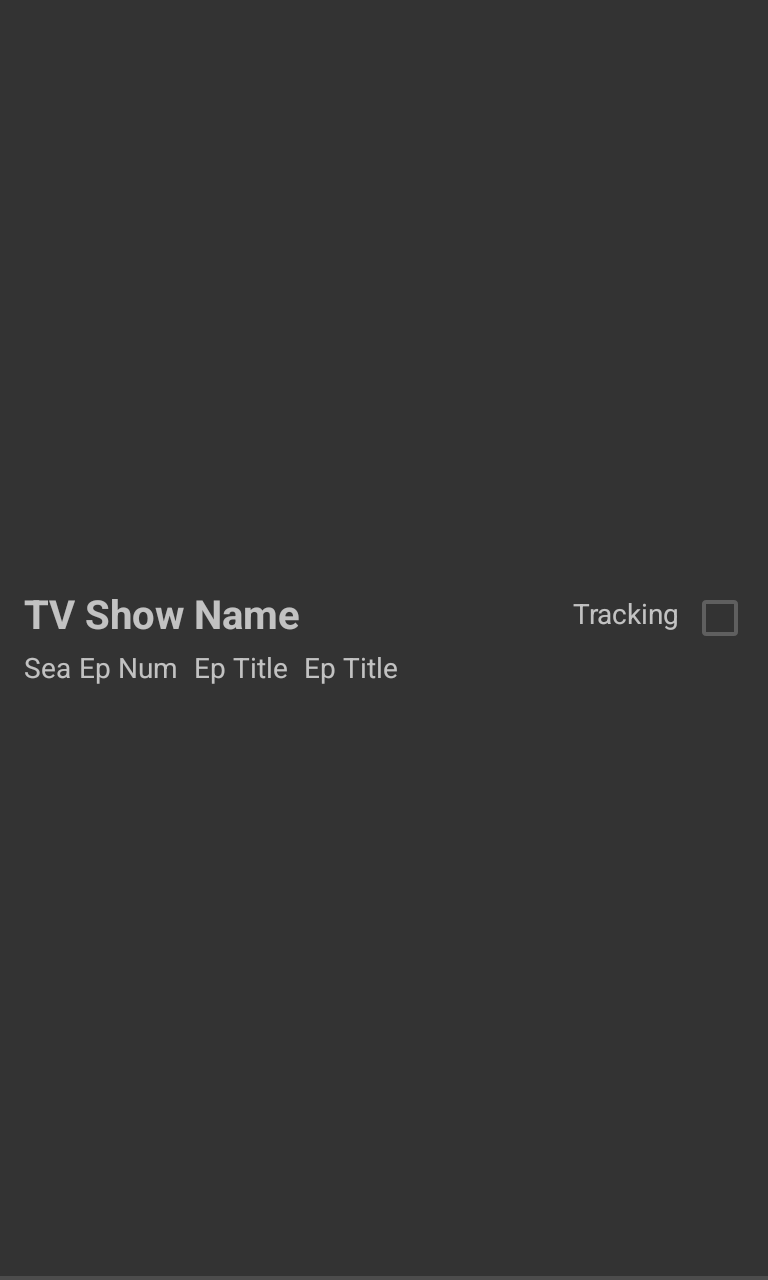
Repository: Jeedan/learning-android-apps
Layout: TvShowTracker/res/layout/list_item_tvshow.xml
These files come from the project's save history. The layout is drawn as it stood at one moment and after the next save; the edit follows.
It is drawn on a 768 x 1280 px phone screen (xhdpi) without system bars, with theme AppTheme; the app's code is not run. The app's manifest (not shown) leaves right-to-left support off. So textAlignment, textDirection and layoutDirection are ignored, and left and right values win over start and end ones.

Above is the layout before, as saved 2014-11-02 09:04:01.

### TvShowTracker/res/layout/list_item_tvshow.xml
<?xml version="1.0" encoding="utf-8"?>
<RelativeLayout xmlns:android="http://schemas.android.com/apk/res/android"
    android:layout_width="match_parent"
    android:layout_height="wrap_content"
    android:paddingBottom="4dp"
    style="?android:listSeparatorTextViewStyle" >

    <TextView
        android:id="@+id/tv_show_name_text_view"
        android:layout_width="match_parent"
        android:layout_height="wrap_content"
        android:paddingLeft="4dp"
        android:paddingRight="4dp"
        android:text="@string/tv_show_name"
        android:textSize="20sp"
        android:textStyle="bold" />

    <CheckBox
        android:id="@+id/tracked_tv_show_check_box"
        android:layout_width="wrap_content"
        android:layout_height="wrap_content"
        android:layout_alignParentEnd="true"
        android:layout_alignParentRight="true"
        android:enabled="false"
        android:focusable="false"
        android:padding="4dp" />

    <TextView
        android:id="@+id/tracking_text_View"
        android:layout_width="wrap_content"
        android:layout_height="wrap_content"
        android:layout_toLeftOf="@id/tracked_tv_show_check_box"
        android:layout_toStartOf="@id/tracked_tv_show_check_box"
        android:paddingLeft="4dp"
        android:paddingRight="4dp"
        android:paddingTop="4dp"
        android:text="@string/tracking_text_check_box" />

    <TextView
        android:id="@+id/tv_show_season_text_view"
        android:layout_width="wrap_content"
        android:layout_height="wrap_content"
        android:layout_below="@id/tv_show_name_text_view"
        android:paddingLeft="4dp"
        android:paddingTop="4dp"
        android:text="@string/tv_show_season" />

    <TextView
        android:id="@+id/tv_show_episode_number_text_view"
        android:layout_width="wrap_content"
        android:layout_height="wrap_content"
        android:layout_below="@id/tv_show_name_text_view"
        android:layout_toEndOf="@id/tv_show_season_text_view"
        android:layout_toRightOf="@id/tv_show_season_text_view"
        android:paddingLeft="4dp"
        android:paddingRight="4dp"
        android:paddingTop="4dp"
        android:text="@string/tv_show_episode_number" />

    <TextView
        android:id="@+id/tv_show_episode_text_view"
        android:layout_width="wrap_content"
        android:layout_height="wrap_content"
        android:layout_below="@id/tv_show_name_text_view"
        android:layout_toEndOf="@id/tv_show_episode_number_text_view"
        android:layout_toRightOf="@id/tv_show_episode_number_text_view"
        android:paddingLeft="4dp"
        android:paddingRight="4dp"
        android:paddingTop="4dp"
        android:text="@string/tv_show_episode_title" />

    <TextView
        android:id="@+id/show_release_date"
        android:layout_width="wrap_content"
        android:layout_height="wrap_content"
        android:layout_below="@id/tv_show_name_text_view"
        android:layout_toEndOf="@id/tv_show_episode_text_view"
        android:layout_toRightOf="@id/tv_show_episode_text_view"
        android:paddingLeft="4dp"
        android:paddingRight="4dp"
        android:paddingTop="4dp"
        android:text="@string/tv_show_episode_title" />

</RelativeLayout>

### TvShowTracker/res/values-v21/styles.xml
<resources>

    <!--
        Base application theme for API 14+. This theme completely replaces
        AppBaseTheme from BOTH res/values/styles.xml and
        res/values-v11/styles.xml on API 14+ devices.
    -->
    <style name="AppBaseTheme" parent="@android:style/Theme.Material">
        <!-- API 21 theme customizations can go here. -->
     	<!-- Main theme colors -->
	    <!--   your app branding color for the app bar (Action bar_)-->
	    <item name="android:colorPrimary">@color/primary</item>
	    <!--   darker variant for the status bar and contextual app bars -->
	    <item name="android:colorPrimaryDark">@color/primary_dark</item>
	    <!--   theme UI controls like checkboxes and text fields -->
	    <item name="android:colorAccent">@color/accent</item>
	    <!--   winow background -->
	    <item name="android:windowBackground">@color/windowBackground</item>
	    <!--   Text but don't know if it is for all texts -->
	    <item name="android:textColorPrimary">@color/textColorPrimary_Light</item>
    </style>

        <!-- Application theme. -->
    <style name="AppTheme" parent="AppBaseTheme">
        </style>
</resources>

### TvShowTracker/res/values/colors.xml
<?xml version="1.0" encoding="utf-8"?>
<resources>
    <color name="accent">#FF9D00</color>

    <!--  example: season + episode + release date info text under Show Name -->
    <color name="show_subtitle_text_view_color">#368ABF</color>

    <color name="textColorPrimary">#ffffff</color>
    <color name="textColorPrimary_Light">#666666</color>

    <color name="windowBackground">#333333</color>

    <color name="primary">#1a1a1a</color>
    <color name="primary_dark">#000000</color>

</resources>

### TvShowTracker/res/values/strings.xml
<?xml version="1.0" encoding="utf-8"?>
<resources>

    <string name="app_name">TvShowTracker</string>
    <string name="app_all_shows">All shows</string>
    <string name="app_calendar_title">Today\'s shows</string>
    <string name="action_settings">Settings</string>

    <string name="tv_show_name">TV Show Name</string>
    <string name="tv_show_season">Sea</string>
    <string name="tv_show_episode_number">Ep Num</string>
    <string name="tv_show_episode_title">Ep Title </string>
    <string name="tv_show_release_date">Release Date </string>


    <string name="empty_list">There are no TV Shows in this list.</string>


    <string name="tracking_text_check_box">Tracking</string>

</resources>

Loaded but not shown: TvShowTracker/res/values/styles.xml (common file); TvShowTracker/res/values-v11/styles.xml (common file)

After the next save:
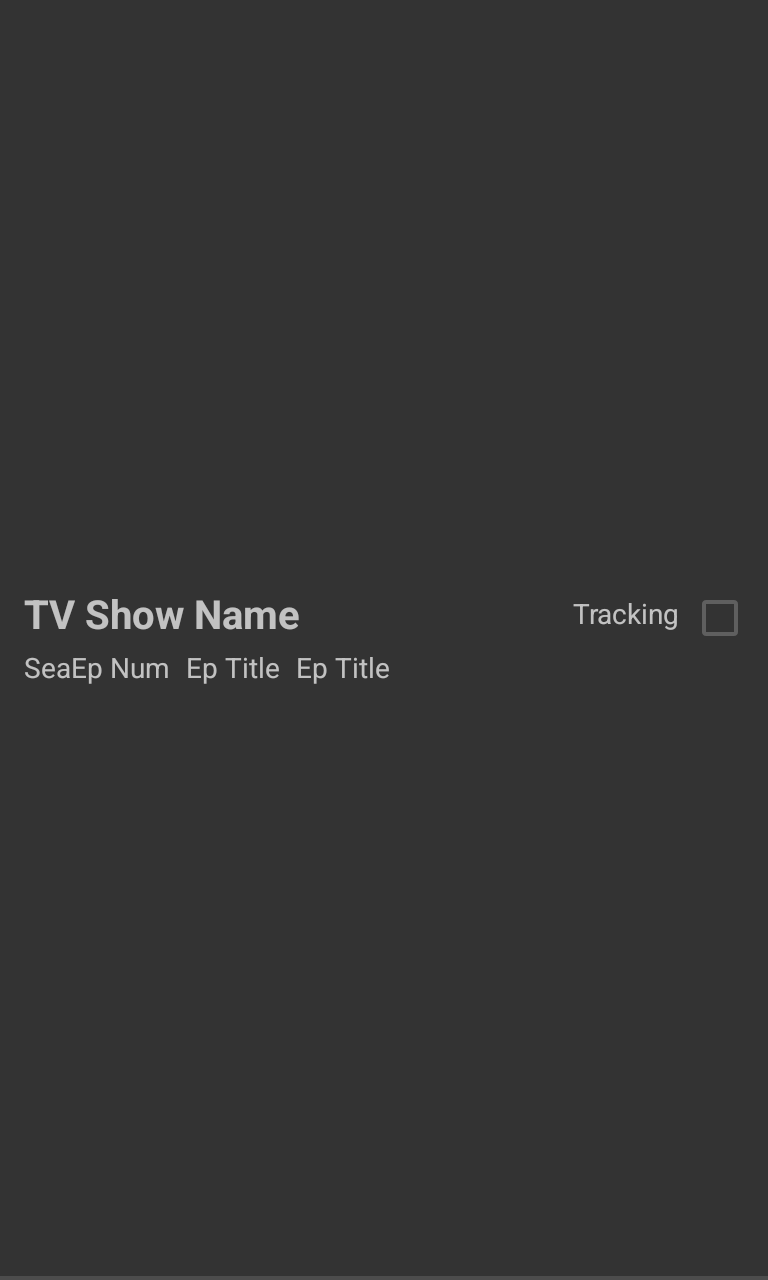
Saved 14 s later.
--- a/TvShowTracker/res/layout/list_item_tvshow.xml
+++ b/TvShowTracker/res/layout/list_item_tvshow.xml
@@ -52,7 +52,7 @@
         android:layout_below="@id/tv_show_name_text_view"
         android:layout_toEndOf="@id/tv_show_season_text_view"
         android:layout_toRightOf="@id/tv_show_season_text_view"
-        android:paddingLeft="4dp"
+        android:paddingLeft="0dp"
         android:paddingRight="4dp"
         android:paddingTop="4dp"
         android:text="@string/tv_show_episode_number" />
